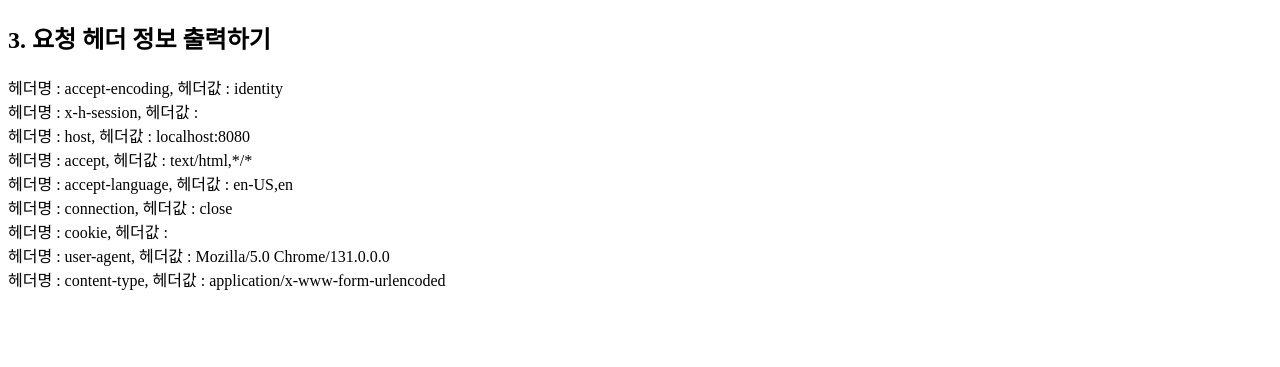
Repository: KJH981020/JSP_servlet
Page: http://localhost/MustHaveJSP_/02ImplicitObject/RequestHeader.jsp
The author's editor kept a copy of each file at every save. The page is drawn from the files as they stood at one save, then again after the next save.
The browser window is 1280 px wide. The pictures show the whole page.
The page is served by Tomcat 9. Other server files are loaded and not shown.

Above is the page before, as saved 2025-05-02 06:58:02.

### MustHaveJSP_/src/main/webapp/02ImplicitObject/RequestHeader.jsp
<%@page import="java.util.Enumeration"%>
<%@ page language="java" contentType="text/html; charset=UTF-8"
    pageEncoding="UTF-8"%>
<!DOCTYPE html>
<html>
<head>
<meta charset="UTF-8">
<title>내장 객체 - request</title>
</head>
<body>
	<h2>3. 요청 헤더 정보 출력하기</h2>
	<%
	Enumeration headers = request.getHeaderNames();
	while (headers.hasMoreElements()) {
		String headerName = (String)headers.nextElement();
		String headerValue = request.getHeader(headerName);
		out.print("헤더명 : " + headerName + ", 헤더값 : " + headerValue + "<br/>");

	}
	%>
</body>
</html>

After the next save:
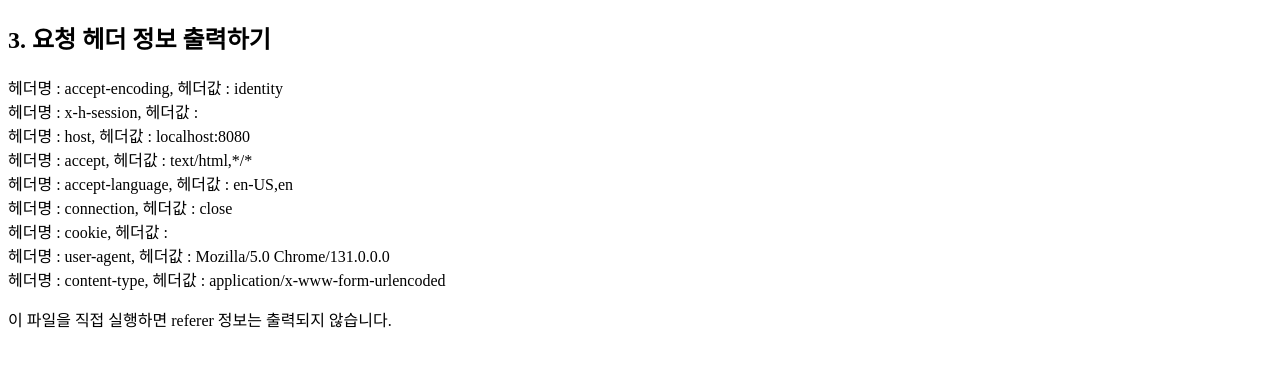
Saved 32 s later.
--- a/MustHaveJSP_/src/main/webapp/02ImplicitObject/RequestHeader.jsp
+++ b/MustHaveJSP_/src/main/webapp/02ImplicitObject/RequestHeader.jsp
@@ -15,8 +15,8 @@
 		String headerName = (String)headers.nextElement();
 		String headerValue = request.getHeader(headerName);
 		out.print("헤더명 : " + headerName + ", 헤더값 : " + headerValue + "<br/>");
-
 	}
 	%>
+	<p>이 파일을 직접 실행하면 referer 정보는 출력되지 않습니다.
 </body>
 </html>
